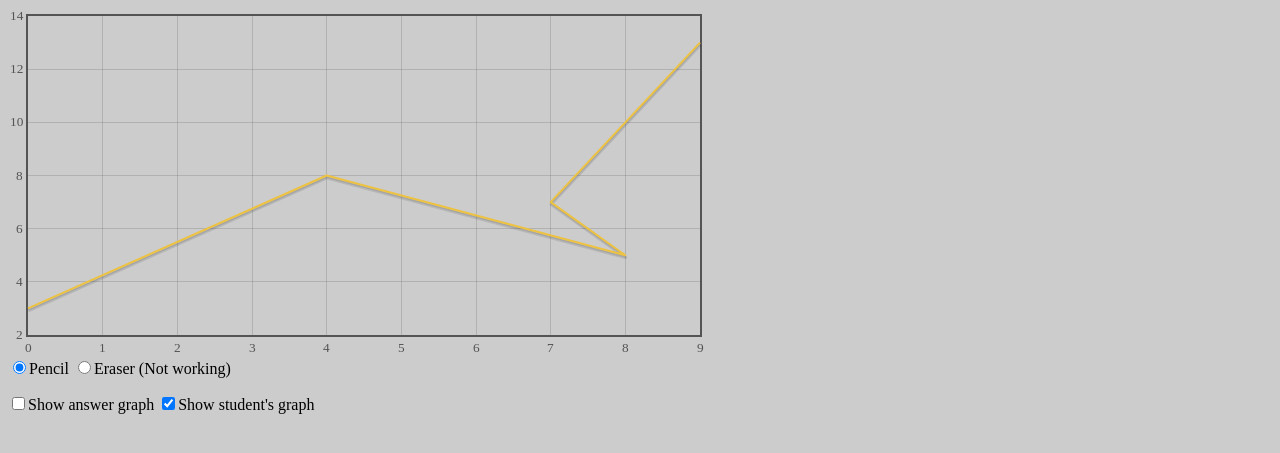
Repository: danmartelly/601autogradeGraphs
Page: flotSketching/test.html
An editor plug-in stored every save of this project. The page is shown before and after the next save, followed by the edit.
The browser window is 1280 px wide. The pictures show the whole page.

Above is the page before, as saved 2014-01-15 21:09:59.

### flotSketching/test.html
<html>
<head>
	<title>Let's try Flot</title>
	<link href="test.css" rel="stylesheet" type="text/css">
	<script language="javascript" type="text/javascript" src="flot/jquery.js"></script>
	<script language="javascript" type="text/javascript" src="flot/jquery.flot.js"></script>
	<script language="javascript" type="text/javascript" src="pluginPractice.js"></script>
	<script language="javascript" type="text/javascript" src="test.js"></script>
</head>
<body>
	<div id="content">
		<div class="demo-container">
			<div id="placeholder" class="demo-placeholder"></div>
		</div>
	</div>
	<form id="tool">
		<input id="pencilRadio" type="radio" name="tool" value="pencil" checked="checked">Pencil
		<input id = "eraserRadio" type="radio" name="tool" value="eraser">Eraser (Not working)
	</form>
	<form id="showGraphs">
		<input id="answerCheckbox" type="checkbox" name="tool" value="answerGraph">Show answer graph
		<input id = "studentCheckbox" type="checkbox" name="tool" value="studentGraph" checked="checked">Show student's graph
	</form>
	<div id="feedback">
	</div>
</body>
</html>

### flotSketching/test.css
body {
	background-color: #CCCCCC;
}

#content {
	width: 880px;
}

.demo-container {
	width: 700px;
	height: 350px;
}

.demo-placeholder {
	width: 100%;
	height: 100%;
}

### flotSketching/pluginPractice.js
(function ($) {

	var MOVE_DISTANCE_FOR_NEW_POINT = 10;

	var options = {};

    function init(plot) {
    	var opt = null, evtHolder = null, plotOffset = null,
    	placeholder = null;
    	plot.hooks.bindEvents.push(bindEvents);
    	function bindEvents(plot, eventHolder) {
    		opt = plot.getOptions();
    		evtHolder = eventHolder;
    		plotOffset = plot.getPlotOffset();
    		placeHolder = plot.getPlaceholder();

    		evtHolder.mousedown(onMouseDown);
    		evtHolder.mouseup(onMouseUp);
    		evtHolder.mousemove(onMouseMove);
    		evtHolder.click(onMouseClick);
        }

    	function onMouseClick(e) {
    		var positem = getMousePosition(e);
    		placeHolder.trigger("plotclick", positem);
    	}

    	function onMouseDown(e) {
    		var positem = getMousePosition(e);
    		if ($("#pencilRadio").prop("checked")) {
    			addGraphPoint(positem);

    		} else if ($("#eraserRadio").prop("checked")) {

    		}

    		placeHolder.trigger("plotdown", positem);
    	}

        function onMouseUp(e) {
        	var positem = getMousePosition(e);
    		placeHolder.trigger("plotup", positem);
        }

        function onMouseMove(e) {
        	var positem = getMousePosition(e);
        	if (e.buttons) {
        		offset = evtHolder.offset();
            	var canvasX = e.pageX - offset.left - plotOffset.left,
            	canvasY = e.pageY - offset.top - plotOffset.top;
            	var s = plot.getData();
            	var prev = s[0].data[s[0].data.length-1];
            	var prevPos = plot.p2c({'x': prev[0], 'y': prev[1]});
            	var pCanvasX = prevPos.left,
            	pCanvasY = prevPos.top;
            	if ($("#pencilRadio").prop("checked") &&
            			distance(canvasX, canvasY, pCanvasX, pCanvasY) > MOVE_DISTANCE_FOR_NEW_POINT) {
            		addGraphPoint(positem);
            	} else if ($("#eraserRadio").prop("checked")) {

            	}

            	var x = positem[0].x,
            	y = positem[0].y;

        	}
    		placeHolder.trigger("plothover", positem);
        }

        function getMousePosition(e) {
        	var pos, item = null, offset = evtHolder.offset();
        	var canvasX = e.pageX - offset.left - plotOffset.left,
        	canvasY = e.pageY - offset.top - plotOffset.top;
        	pos = plot.c2p({left: canvasX, top:canvasY});
        	pos.pageX = e.pageX;
        	pos.pageY = e.pageY;
        	return [pos, item];
        }

        function addGraphPoint(positem) {
        	var x = positem[0].x,
        	y = positem[0].y;
    		var s = plot.getData();
    		s[0].data.push([x,y]);
    		plot.setData(s);
    		plot.draw();
        }

        function distance(x1, y1, x2, y2) {
        	return Math.sqrt(Math.pow((x1-x2),2) + Math.pow((y1-y2),2));
        }

        function findNearbyItem(mouseX, mouseY) {
        	var item = null, v,i,j,ps;
        	for (i=0; i < plot.getData().length; i++) {
        		var s = plot.getData()[i];
        		if (s.nearBy.findItem !== null) {
        			item = s.nearBy.findItem(mouseX, mouseY, i, s);
        		}
        	}
        }

        function shutdown(plot, eventHolder) {
        	eventHolder.unbind("mousedown", onMouseDown);
        	eventHolder.unbind("mouseup", onMouseUp);
        	eventHolder.unbind("mousemove", onMouseMove);
        	eventHolder.unbind("mouseclick", onMouseClick);
        }

        plot.hooks.shutdown.push(shutdown);
    }

    $.plot.plugins.push({
        init: init,
        options: options,
        name: "plotup",
        version: "0.1"
    });
})(jQuery);

### flotSketching/test.js
$(function() {

	var answerData = [[0,3], [4,8], [8,5], [7,7], [9,13]];
	var studentData = [];
	var plot = null;

	var rePlot = function() {
		var allData = [];
		if ($("#answerCheckbox").prop("checked")) {
			allData.push(answerData);
		}
		if ($("#studentCheckbox").prop("checked")) {
			allData.push(studentData);
		}
		plot = $.plot($("#placeholder"), [answerData, studentData], {

		});
	};
	rePlot();

	$("#placeholder").bind("plothover", function (event, pos, item) {
		//mouse position
		var str = "mouse: (" + pos.x.toFixed(2) + ", " + pos.y.toFixed(2) + ")";
		//check datapoint
		if (item) {
			var x = item.datapoint[0].toFixed(2),
				y = item.datapoint[1].toFixed(2);
			str += "\nData: (" + x + ", " + y + ")";
		}
		$("#feedback").text(str);
	});

	$("#showGraphs").change(rePlot);


});

Loaded but not shown: flotSketching/flot/jquery.js (library); flotSketching/flot/jquery.flot.js (library)

After the next save:
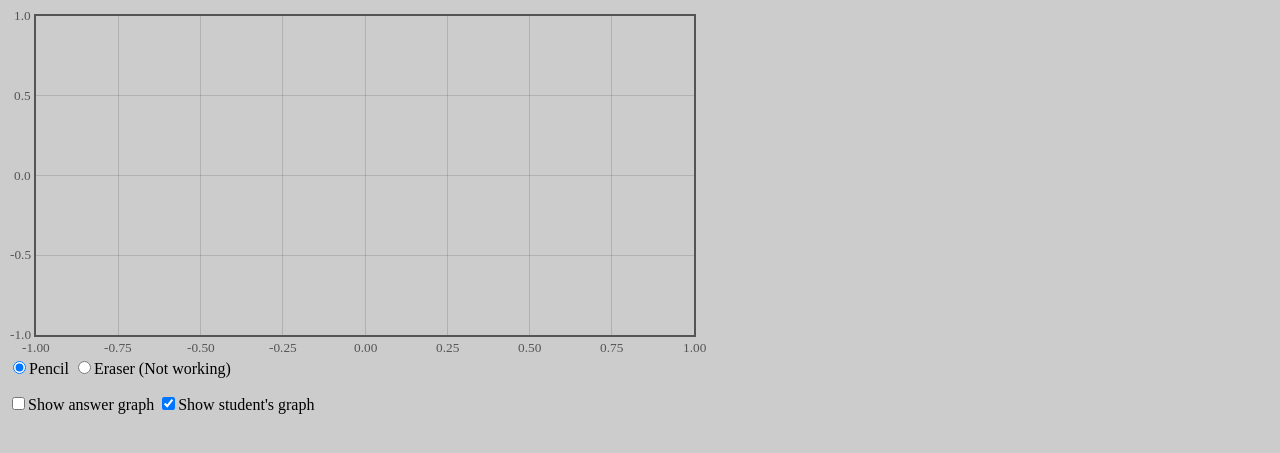
Saved 16 s later.
--- a/flotSketching/test.js
+++ b/flotSketching/test.js
@@ -12,7 +12,7 @@ $(function() {
 		if ($("#studentCheckbox").prop("checked")) {
 			allData.push(studentData);
 		}
-		plot = $.plot($("#placeholder"), [answerData, studentData], {
+		plot = $.plot($("#placeholder"), allData, {
 
 		});
 	};
